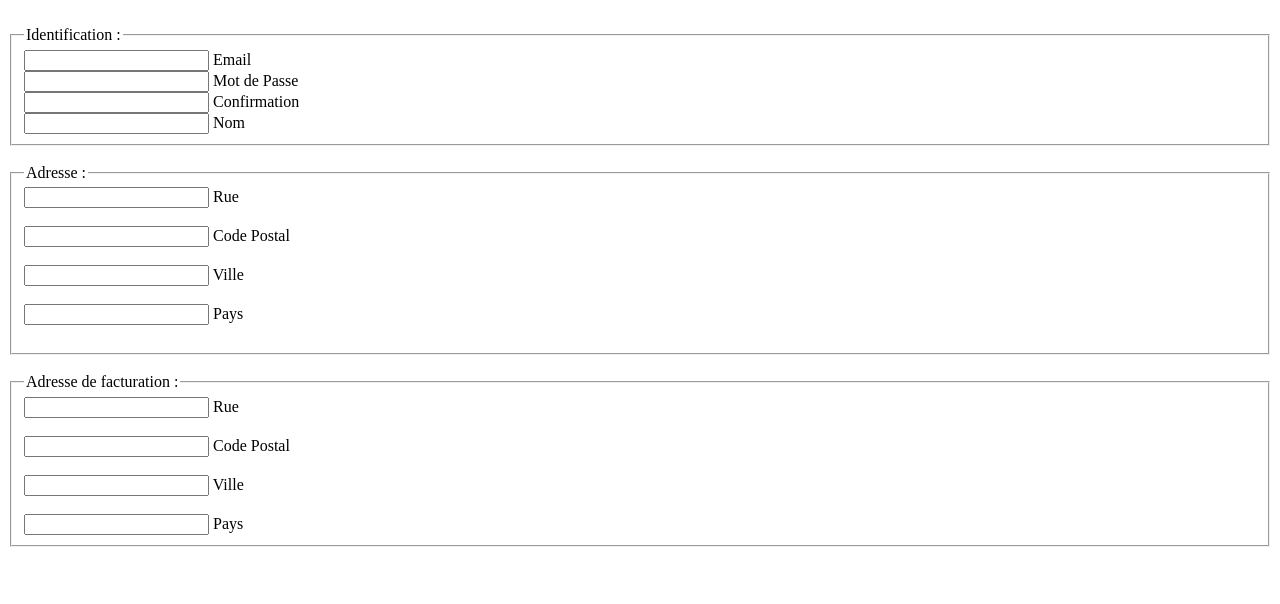
Repository: Tanox2450/ProjetFinalFrontWeb
Page: http://localhost/BoVoyageFrontOffice/fragments/formulaire.jsp
These files come from the project's save history. The page is drawn as it stood at one moment and after the next save; the edit follows.
The browser window is 1280 px wide. The pictures show the whole page.
The page is served by Tomcat 9.

Above is the page before, as saved 2015-08-24 14:13:09.

After the next save:
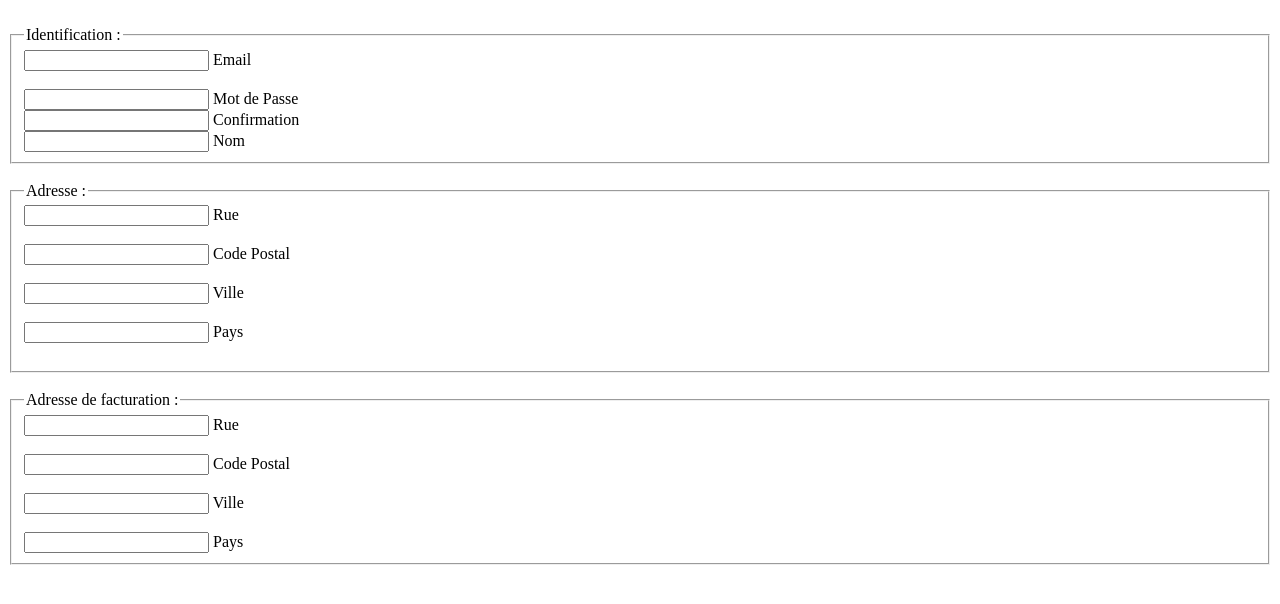
Saved 62 s later.
--- a/BoVoyageFrontOffice/WebContent/fragments/formulaire.jsp
+++ b/BoVoyageFrontOffice/WebContent/fragments/formulaire.jsp
@@ -16,6 +16,7 @@
 				<input class="mdl-textfield__input" type="text" name="email"
 					id="email" /> <label class="mdl-textfield__label" for="email">Email</label>
 			</div>
+			<br />
 			<div
 				class="mdl-textfield mdl-js-textfield mdl-textfield--floating-label">
 				<input class="mdl-textfield__input" type="password" name="password"
@@ -24,9 +25,9 @@
 			</div>
 			<div
 				class="mdl-textfield mdl-js-textfield mdl-textfield--floating-label">
-				<input class="mdl-textfield__input" type="password" name="passwordConf"
-					id="passwordConf" /> <label class="mdl-textfield__label"
-					for="passwordConf">Confirmation</label>
+				<input class="mdl-textfield__input" type="password"
+					name="passwordConf" id="passwordConf" /> <label
+					class="mdl-textfield__label" for="passwordConf">Confirmation</label>
 			</div>
 			<div
 				class="mdl-textfield mdl-js-textfield mdl-textfield--floating-label">
